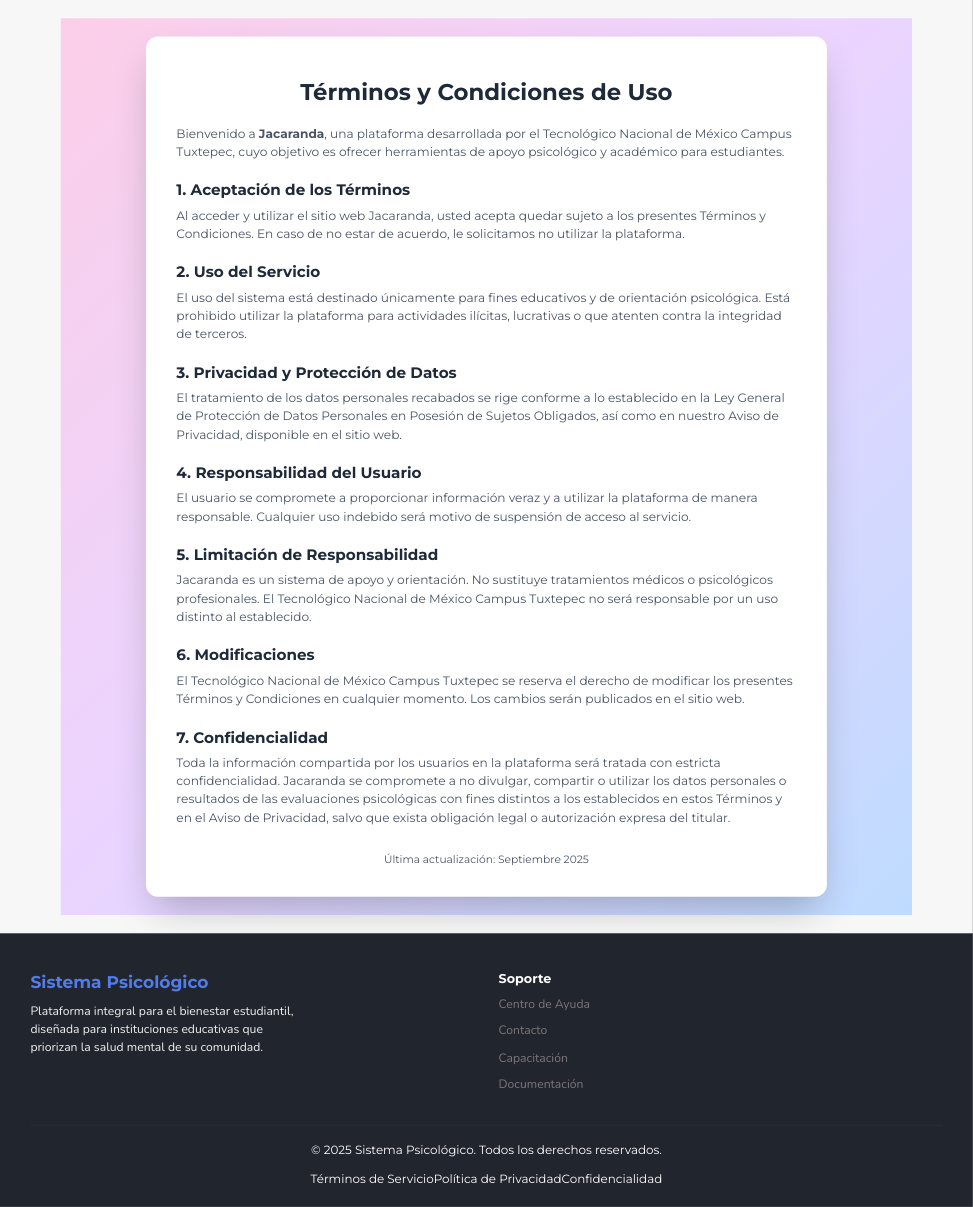
Repository: moon1710/SistemaPsico
Page: /confidencialidad (app in client/)
An editor plug-in stored every save of this project. The page is shown before and after the next save, followed by the edit.
The browser window is 1280 px wide. The pictures show the whole page, at 76% of full size.
The project was rebuilt for these pictures with package versions that can differ from the ones it lists, and the page was loaded fresh each time. Also part of the build but not shown: client/vite.config.js, client/src/components/onboarding/onboardingConfig.js, client/src/components/onboarding/TutorialSteps.jsx, client/src/components/onboarding/WelcomeForm.jsx, client/src/components/onboarding/OnboardingModal.jsx, client/src/components/layout/AdaptiveSidebar/sidebarConfig.jsx, client/src/components/layout/AdaptiveSidebar/MenuItem.jsx, client/src/components/layout/AdaptiveSidebar/SidebarHeader.jsx and 40 more.

Above is the page before, as saved 2025-09-22 15:18:39.

### client/index.html
<!doctype html>
<html lang="en">
  <head>
    <meta charset="UTF-8" />
    <link rel="icon" type="image/svg+xml" href="/idea.png" />
    <meta name="viewport" content="width=device-width, initial-scale=1.0" />
    <title>Sistema Psicológico</title>
  </head>
  <body>
    <div id="root"></div>
    <script type="module" src="/src/main.jsx"></script>
  </body>
</html>

### client/src/contexts/OnboardingContext.jsx
// client/src/contexts/OnboardingContext.jsx
import React, { createContext, useContext, useState, useEffect } from "react";
import { useAuth } from "./AuthContext";

const OnboardingContext = createContext();

export const useOnboarding = () => {
  const context = useContext(OnboardingContext);
  if (!context) {
    throw new Error("useOnboarding debe usarse dentro de OnboardingProvider");
  }
  return context;
};

export const OnboardingProvider = ({ children }) => {
  const { user, setUser } = useAuth();
  const [isFirstTime, setIsFirstTime] = useState(false);
  const [showOnboarding, setShowOnboarding] = useState(false);
  const [currentStep, setCurrentStep] = useState(0);
  const [onboardingCompleted, setOnboardingCompleted] = useState(false);

  // Clave para localStorage basada en el usuario
  const getStorageKey = () => {
    return user?.id ? `onboarding_completed_${user.id}` : null;
  };

  // Verificar si es primera vez del usuario
  useEffect(() => {
    if (user?.id) {
      // PRIORIDAD TOTAL al campo perfilCompletado de la BD
      const profileCompleted = user.perfilCompletado === 1 || user.perfilCompletado === true;

      console.log('🔍 [OnboardingContext] Verificando estado:', {
        userId: user.id,
        perfilCompletado: user.perfilCompletado,
        profileCompleted,
        shouldShowModal: !profileCompleted
      });

      if (!profileCompleted) {
        // Perfil NO completado -> mostrar modal
        setIsFirstTime(true);
        setShowOnboarding(true);
        setOnboardingCompleted(false);
        console.log('📝 [OnboardingContext] Mostrando modal de onboarding');
      } else {
        // Perfil completado -> no mostrar modal
        setIsFirstTime(false);
        setShowOnboarding(false);
        setOnboardingCompleted(true);
        console.log('✅ [OnboardingContext] Perfil ya completado, ocultando modal');
      }
    }
  }, [user?.id, user?.perfilCompletado]);

  // Refrescar datos del usuario desde el servidor
  const refreshUserProfile = async () => {
    try {
      const token = localStorage.getItem('auth_token');
      if (!token) return;

      const response = await fetch('/api/auth/profile', {
        method: 'GET',
        headers: {
          'Authorization': `Bearer ${token}`,
          'Content-Type': 'application/json',
        },
        credentials: 'include',
      });

      if (response.ok) {
        const result = await response.json();
        if (result.success && result.data?.user) {
          const freshUser = result.data.user;
          setUser(freshUser);
          console.log('🔄 [OnboardingContext] Usuario refrescado desde servidor:', freshUser);

          // También actualizar localStorage
          localStorage.setItem('user_data', JSON.stringify(freshUser));
          return freshUser;
        }
      }
    } catch (error) {
      console.error('❌ [OnboardingContext] Error refrescando usuario:', error);
    }
    return null;
  };

  // Marcar onboarding como completado
  const completeOnboarding = async () => {
    if (user?.id) {
      const storageKey = getStorageKey();
      localStorage.setItem(storageKey, "true");
      setOnboardingCompleted(true);
      setShowOnboarding(false);
      setIsFirstTime(false);

      // IMPORTANTE: Obtener datos frescos del servidor en lugar de solo actualizar localmente
      console.log('🔄 [OnboardingContext] Refrescando datos del usuario desde servidor...');
      const freshUser = await refreshUserProfile();

      if (freshUser) {
        console.log('✅ [OnboardingContext] Usuario actualizado con datos frescos');
      } else {
        // Fallback: actualizar localmente si falla la petición
        const updatedUser = {
          ...user,
          perfilCompletado: 1
        };
        setUser(updatedUser);
        console.log('⚠️ [OnboardingContext] Fallback: Usuario actualizado localmente');
      }
    }
  };

  // Reiniciar onboarding (para testing o reactivar)
  const resetOnboarding = () => {
    if (user?.id) {
      const storageKey = getStorageKey();
      localStorage.removeItem(storageKey);
      setOnboardingCompleted(false);
      setIsFirstTime(true);
      setShowOnboarding(true);
      setCurrentStep(0);
    }
  };

  // Navegar entre pasos
  const nextStep = () => {
    setCurrentStep((prev) => prev + 1);
  };

  const prevStep = () => {
    setCurrentStep((prev) => Math.max(0, prev - 1));
  };

  const goToStep = (step) => {
    setCurrentStep(step);
  };

  // Cerrar onboarding sin completar
  const closeOnboarding = () => {
    setShowOnboarding(false);
  };

  const value = {
    isFirstTime,
    showOnboarding,
    currentStep,
    onboardingCompleted,
    completeOnboarding,
    resetOnboarding,
    nextStep,
    prevStep,
    goToStep,
    closeOnboarding,
    user,
  };

  return (
    <OnboardingContext.Provider value={value}>
      {children}
    </OnboardingContext.Provider>
  );
};

### client/src/components/layout/PublicLayout.jsx
// components/layout/PublicLayout.jsx
import Footer from "./Footer";

export default function PublicLayout({ children }) {
  return (
    <div className="min-h-screen bg-[#f7f7f7] text-[#1d1d1f]">
      <main className="max-w-6xl mx-auto px-4 py-6">{children}</main>
      <Footer />
    </div>
  );
}

### client/src/pages/ConfidencialidadPage.jsx
// src/pages/ConfidencialidadPage.jsx
export default function ConfidencialidadPage() {
  return (
    <div className="min-h-screen w-full bg-gradient-to-br from-pink-200 via-purple-200 to-blue-200 p-6">
      <div className="max-w-4xl mx-auto bg-white shadow-2xl rounded-2xl p-10">
        <p className="text-sm text-gray-500 mb-4">
        </p>

        <h1 className="text-3xl font-bold text-center text-gray-800 mb-6">
          Términos y Condiciones de Uso
        </h1>

        <p className="text-gray-600 mb-4">
          Bienvenido a <strong>Jacaranda</strong>, una plataforma desarrollada
          por el Tecnológico Nacional de México Campus Tuxtepec, cuyo objetivo
          es ofrecer herramientas de apoyo psicológico y académico para
          estudiantes.
        </p>

        <h2 className="text-xl font-semibold text-gray-800 mt-6 mb-2">
          1. Aceptación de los Términos
        </h2>
        <p className="text-gray-600 mb-4">
          Al acceder y utilizar el sitio web Jacaranda, usted acepta quedar
          sujeto a los presentes Términos y Condiciones. En caso de no estar de
          acuerdo, le solicitamos no utilizar la plataforma.
        </p>

        <h2 className="text-xl font-semibold text-gray-800 mt-6 mb-2">
          2. Uso del Servicio
        </h2>
        <p className="text-gray-600 mb-4">
          El uso del sistema está destinado únicamente para fines educativos y
          de orientación psicológica. Está prohibido utilizar la plataforma para
          actividades ilícitas, lucrativas o que atenten contra la integridad de
          terceros.
        </p>

        <h2 className="text-xl font-semibold text-gray-800 mt-6 mb-2">
          3. Privacidad y Protección de Datos
        </h2>
        <p className="text-gray-600 mb-4">
          El tratamiento de los datos personales recabados se rige conforme a lo
          establecido en la Ley General de Protección de Datos Personales en
          Posesión de Sujetos Obligados, así como en nuestro Aviso de Privacidad,
          disponible en el sitio web.
        </p>

        <h2 className="text-xl font-semibold text-gray-800 mt-6 mb-2">
          4. Responsabilidad del Usuario
        </h2>
        <p className="text-gray-600 mb-4">
          El usuario se compromete a proporcionar información veraz y a utilizar
          la plataforma de manera responsable. Cualquier uso indebido será motivo
          de suspensión de acceso al servicio.
        </p>

        <h2 className="text-xl font-semibold text-gray-800 mt-6 mb-2">
          5. Limitación de Responsabilidad
        </h2>
        <p className="text-gray-600 mb-4">
          Jacaranda es un sistema de apoyo y orientación. No sustituye
          tratamientos médicos o psicológicos profesionales. El Tecnológico
          Nacional de México Campus Tuxtepec no será responsable por un uso
          distinto al establecido.
        </p>

        <h2 className="text-xl font-semibold text-gray-800 mt-6 mb-2">
          6. Modificaciones
        </h2>
        <p className="text-gray-600 mb-4">
          El Tecnológico Nacional de México Campus Tuxtepec se reserva el derecho
          de modificar los presentes Términos y Condiciones en cualquier momento.
          Los cambios serán publicados en el sitio web.
        </p>

        <h2 className="text-xl font-semibold text-gray-800 mt-6 mb-2">
          7. Confidencialidad
        </h2>
        <p className="text-gray-600 mb-4">
          Toda la información compartida por los usuarios en la plataforma será
          tratada con estricta confidencialidad. Jacaranda se compromete a no
          divulgar, compartir o utilizar los datos personales o resultados de las
          evaluaciones psicológicas con fines distintos a los establecidos en
          estos Términos y en el Aviso de Privacidad, salvo que exista obligación
          legal o autorización expresa del titular.
        </p>

        <p className="text-gray-600 mt-8 text-sm text-center">
          Última actualización: Septiembre 2025
        </p>
      </div>
    </div>
  );
}

### client/src/components/layout/Footer.jsx
import { Link } from "react-router-dom";
import { ROUTES } from "../../utils/constants";

export default function Footer() {
  return (
    <footer className="footer">
      <div className="footer-inner">
        <div className="footer-main">
          <div>
            <h3 className="footer-title">Sistema Psicológico</h3>
            <p className="footer-desc">
              Plataforma integral para el bienestar estudiantil, diseñada para
              instituciones educativas que priorizan la salud mental de su
              comunidad.
            </p>
          </div>

          <div>
            <h4
              className="footer-title"
              style={{ color: "#fff", fontWeight: 600, fontSize: "1.05rem" }}
            >
              Soporte
            </h4>
            <ul className="footer-links">
              <li>
                <Link to={ROUTES.HELP}>Centro de Ayuda</Link>
              </li>
              <li>
                <Link to={ROUTES.ABOUTUS}>Contacto</Link>
              </li>
              <li>
                <Link to={ROUTES.DOCUMENTACION}>Capacitación</Link>
              </li>
              <li>
                <Link to={ROUTES.DOCUMENTACION}>Documentación</Link>
              </li>
            </ul>
          </div>
        </div>

        <div className="footer-bottom">
          <p>
            © {new Date().getFullYear()} Sistema Psicológico. Todos los derechos
            reservados.
          </p>
          <div className="footer-bottom-links">
            <Link to={ROUTES.TERMINOS}>Términos de Servicio</Link>
            <Link to={ROUTES.PRIVACIDAD}>Política de Privacidad</Link>
            <Link to={ROUTES.CONFINDENCIALIDAD}>Confidencialidad</Link>
          </div>
        </div>
      </div>
    </footer>
  );
}

Loaded but not shown: client/src/main.jsx (common file); client/src/App.css (common file); client/src/utils/constants.js (213 lines, source omitted); client/src/services/authService.js (219 lines, source omitted); client/src/utils/roles.js (38 lines, source omitted); client/src/index.css (441 lines, source omitted); client/src/contexts/AuthContext.jsx (292 lines, source omitted); client/src/App.jsx (271 lines, source omitted)

After the next save:
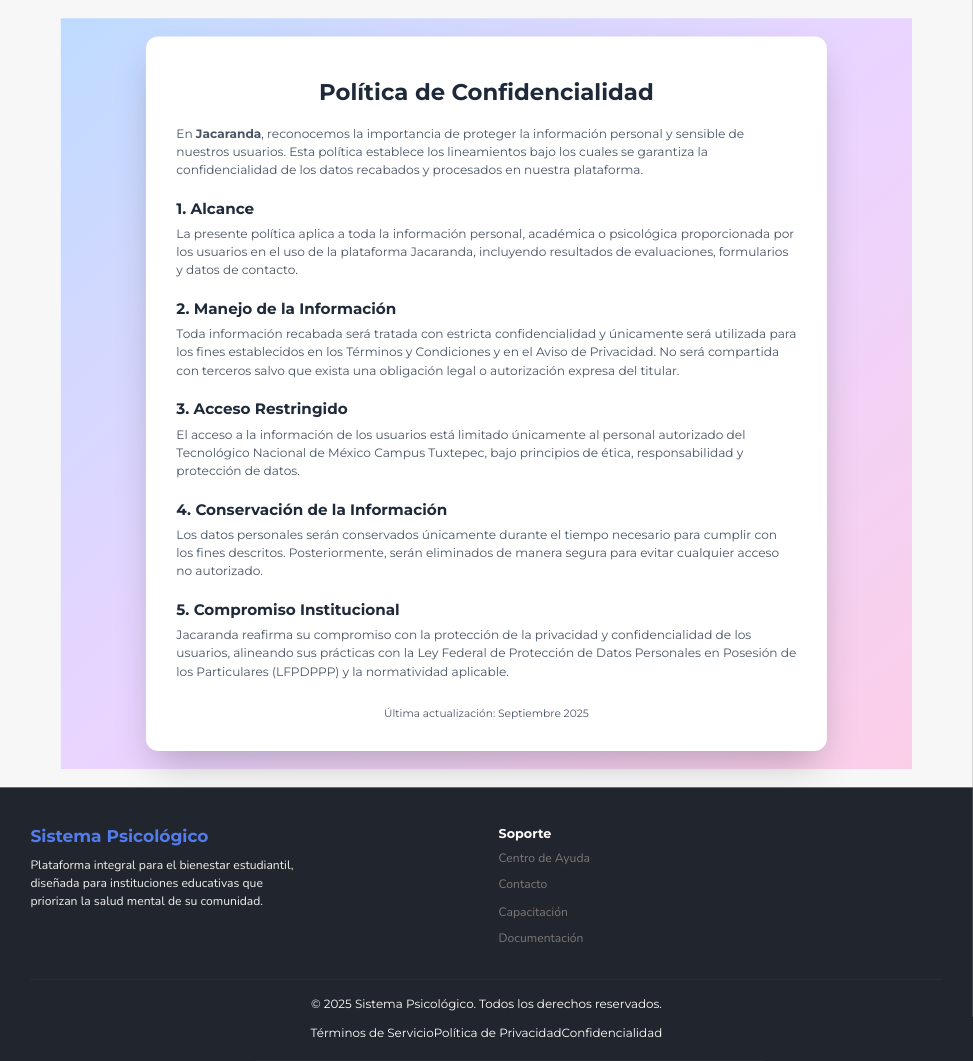
Saved 6 min 59 s later.
--- a/client/src/pages/ConfidencialidadPage.jsx
+++ b/client/src/pages/ConfidencialidadPage.jsx
@@ -1,89 +1,68 @@
 // src/pages/ConfidencialidadPage.jsx
 export default function ConfidencialidadPage() {
   return (
-    <div className="min-h-screen w-full bg-gradient-to-br from-pink-200 via-purple-200 to-blue-200 p-6">
+    <div className="min-h-screen w-full bg-gradient-to-br from-blue-200 via-purple-200 to-pink-200 p-6">
       <div className="max-w-4xl mx-auto bg-white shadow-2xl rounded-2xl p-10">
         <p className="text-sm text-gray-500 mb-4">
         </p>
 
         <h1 className="text-3xl font-bold text-center text-gray-800 mb-6">
-          Términos y Condiciones de Uso
+          Política de Confidencialidad
         </h1>
 
         <p className="text-gray-600 mb-4">
-          Bienvenido a <strong>Jacaranda</strong>, una plataforma desarrollada
-          por el Tecnológico Nacional de México Campus Tuxtepec, cuyo objetivo
-          es ofrecer herramientas de apoyo psicológico y académico para
-          estudiantes.
+          En <strong>Jacaranda</strong>, reconocemos la importancia de proteger
+          la información personal y sensible de nuestros usuarios. Esta política
+          establece los lineamientos bajo los cuales se garantiza la confidencialidad
+          de los datos recabados y procesados en nuestra plataforma.
         </p>
 
         <h2 className="text-xl font-semibold text-gray-800 mt-6 mb-2">
-          1. Aceptación de los Términos
+          1. Alcance
         </h2>
         <p className="text-gray-600 mb-4">
-          Al acceder y utilizar el sitio web Jacaranda, usted acepta quedar
-          sujeto a los presentes Términos y Condiciones. En caso de no estar de
-          acuerdo, le solicitamos no utilizar la plataforma.
+          La presente política aplica a toda la información personal, académica o
+          psicológica proporcionada por los usuarios en el uso de la plataforma
+          Jacaranda, incluyendo resultados de evaluaciones, formularios y datos
+          de contacto.
         </p>
 
         <h2 className="text-xl font-semibold text-gray-800 mt-6 mb-2">
-          2. Uso del Servicio
+          2. Manejo de la Información
         </h2>
         <p className="text-gray-600 mb-4">
-          El uso del sistema está destinado únicamente para fines educativos y
-          de orientación psicológica. Está prohibido utilizar la plataforma para
-          actividades ilícitas, lucrativas o que atenten contra la integridad de
-          terceros.
+          Toda información recabada será tratada con estricta confidencialidad y
+          únicamente será utilizada para los fines establecidos en los Términos y
+          Condiciones y en el Aviso de Privacidad. No será compartida con terceros
+          salvo que exista una obligación legal o autorización expresa del titular.
         </p>
 
         <h2 className="text-xl font-semibold text-gray-800 mt-6 mb-2">
-          3. Privacidad y Protección de Datos
+          3. Acceso Restringido
         </h2>
         <p className="text-gray-600 mb-4">
-          El tratamiento de los datos personales recabados se rige conforme a lo
-          establecido en la Ley General de Protección de Datos Personales en
-          Posesión de Sujetos Obligados, así como en nuestro Aviso de Privacidad,
-          disponible en el sitio web.
+          El acceso a la información de los usuarios está limitado únicamente al
+          personal autorizado del Tecnológico Nacional de México Campus Tuxtepec,
+          bajo principios de ética, responsabilidad y protección de datos.
         </p>
 
         <h2 className="text-xl font-semibold text-gray-800 mt-6 mb-2">
-          4. Responsabilidad del Usuario
+          4. Conservación de la Información
         </h2>
         <p className="text-gray-600 mb-4">
-          El usuario se compromete a proporcionar información veraz y a utilizar
-          la plataforma de manera responsable. Cualquier uso indebido será motivo
-          de suspensión de acceso al servicio.
+          Los datos personales serán conservados únicamente durante el tiempo
+          necesario para cumplir con los fines descritos. Posteriormente, serán
+          eliminados de manera segura para evitar cualquier acceso no autorizado.
         </p>
 
         <h2 className="text-xl font-semibold text-gray-800 mt-6 mb-2">
-          5. Limitación de Responsabilidad
+          5. Compromiso Institucional
         </h2>
         <p className="text-gray-600 mb-4">
-          Jacaranda es un sistema de apoyo y orientación. No sustituye
-          tratamientos médicos o psicológicos profesionales. El Tecnológico
-          Nacional de México Campus Tuxtepec no será responsable por un uso
-          distinto al establecido.
-        </p>
-
-        <h2 className="text-xl font-semibold text-gray-800 mt-6 mb-2">
-          6. Modificaciones
-        </h2>
-        <p className="text-gray-600 mb-4">
-          El Tecnológico Nacional de México Campus Tuxtepec se reserva el derecho
-          de modificar los presentes Términos y Condiciones en cualquier momento.
-          Los cambios serán publicados en el sitio web.
-        </p>
-
-        <h2 className="text-xl font-semibold text-gray-800 mt-6 mb-2">
-          7. Confidencialidad
-        </h2>
-        <p className="text-gray-600 mb-4">
-          Toda la información compartida por los usuarios en la plataforma será
-          tratada con estricta confidencialidad. Jacaranda se compromete a no
-          divulgar, compartir o utilizar los datos personales o resultados de las
-          evaluaciones psicológicas con fines distintos a los establecidos en
-          estos Términos y en el Aviso de Privacidad, salvo que exista obligación
-          legal o autorización expresa del titular.
+          Jacaranda reafirma su compromiso con la protección de la privacidad y
+          confidencialidad de los usuarios, alineando sus prácticas con la Ley
+          Federal de Protección de Datos Personales en Posesión de los Particulares
+          (LFPDPPP) y la normatividad aplicable.
         </p>
 
         <p className="text-gray-600 mt-8 text-sm text-center">
